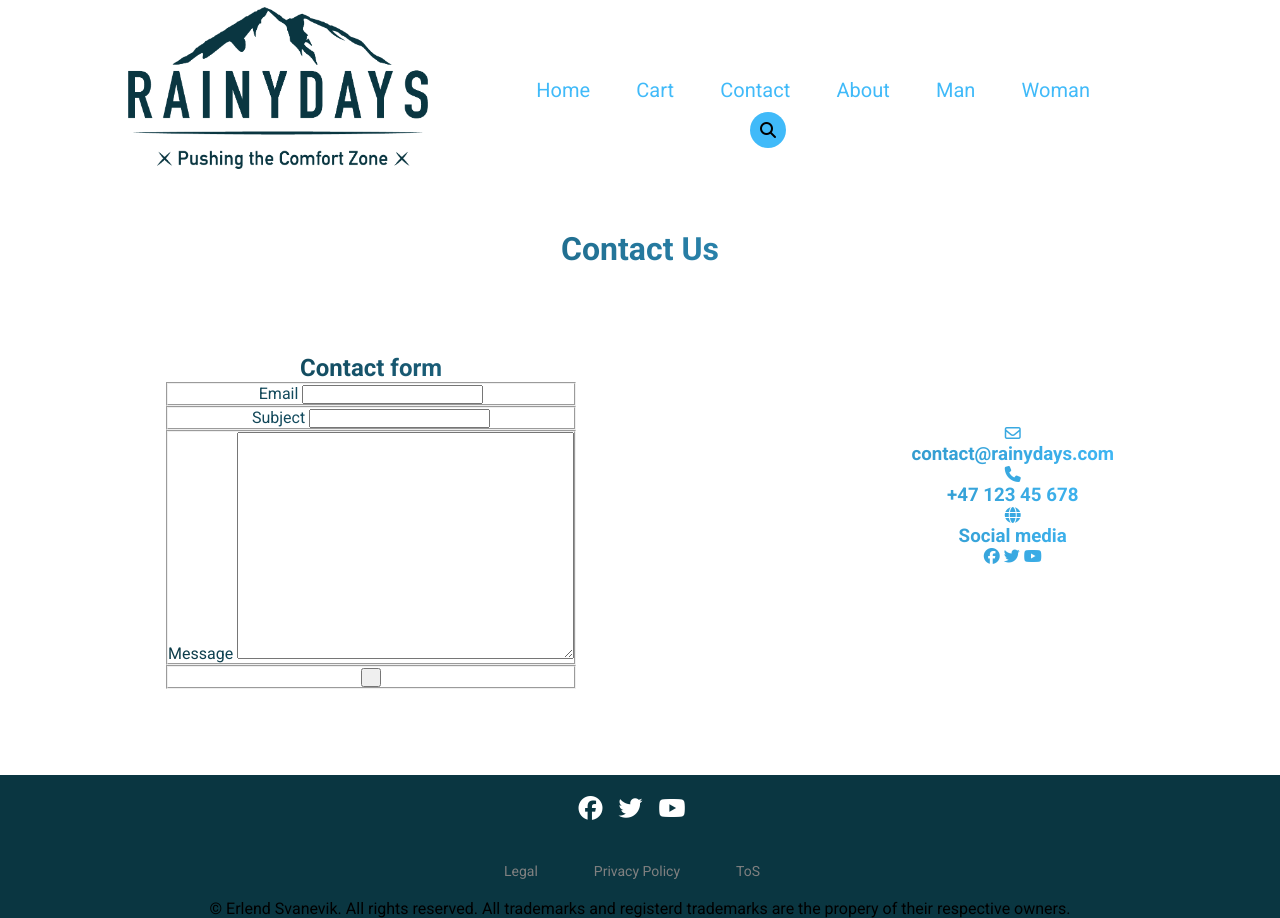
Repository: EpleWasTaken/RainyDays
Page: contact.html
The author's editor kept a copy of each file at every save. The page is drawn from the files as they stood at one save, then again after the next save.
The browser window is 1280 px wide. The pictures show the whole page.
Some web libraries are served in a nearby version.

Above is the page before, as saved 2020-10-31 17:23:59.

After the next save:
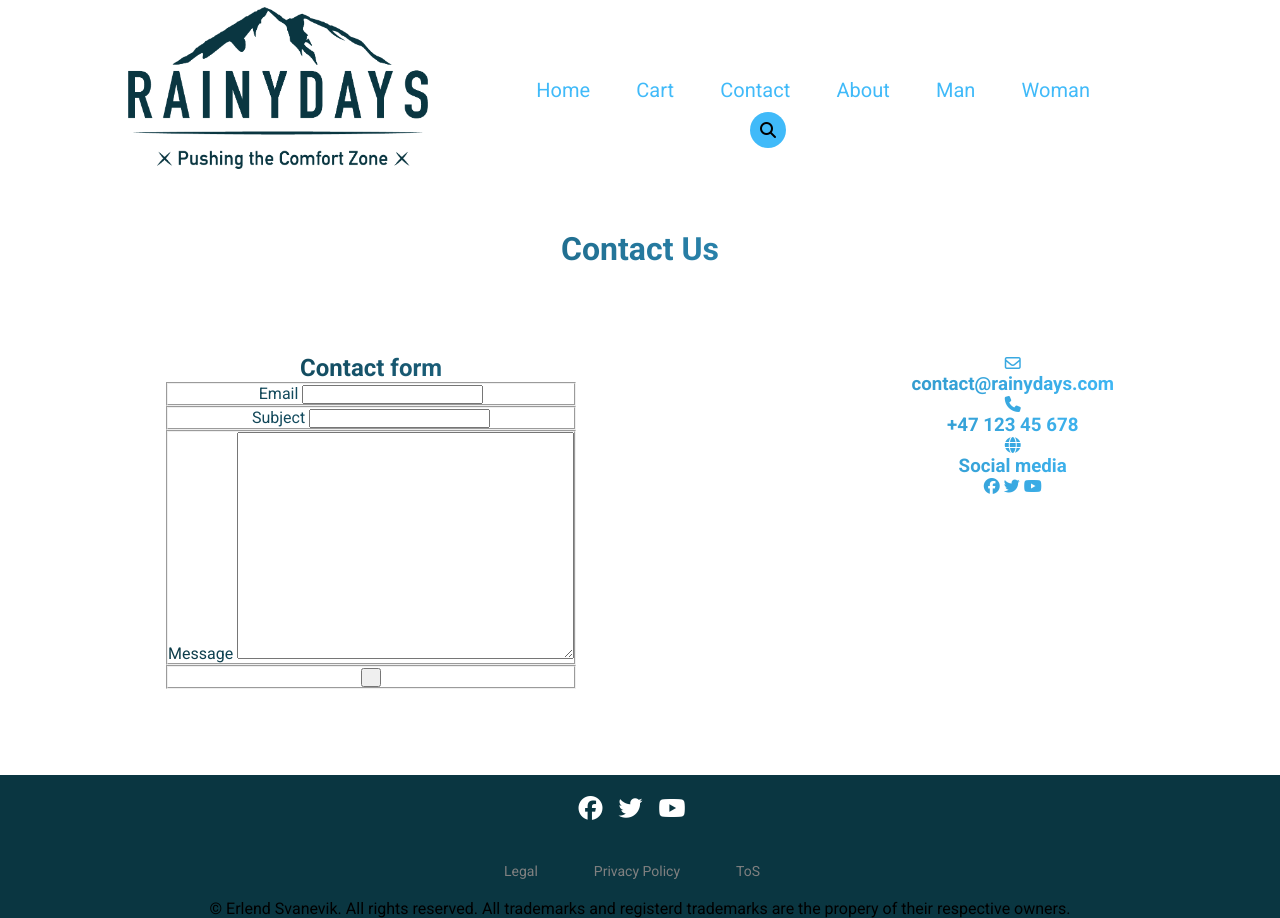
Saved 9 s later.
--- a/css/contact.css
+++ b/css/contact.css
@@ -69,7 +69,6 @@
 }
 
 section.other-contacts {
-	border-top-style: solid;
 	border-top-width: 70px;
 	color: white;
 }

After the save that followed:
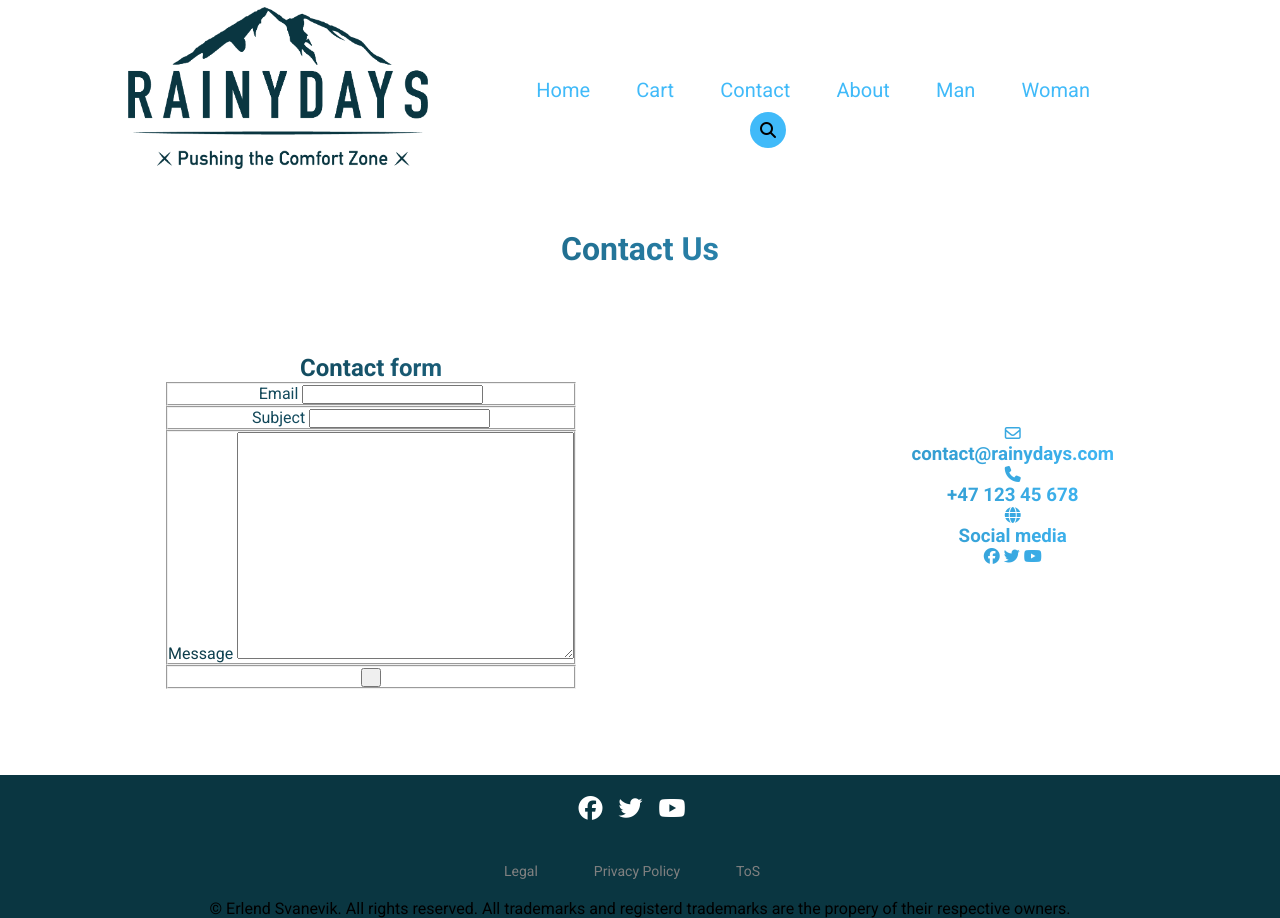
Saved 4 s later.
--- a/css/contact.css
+++ b/css/contact.css
@@ -69,6 +69,7 @@
 }
 
 section.other-contacts {
+	border-top-style: solid;
 	border-top-width: 70px;
 	color: white;
 }
